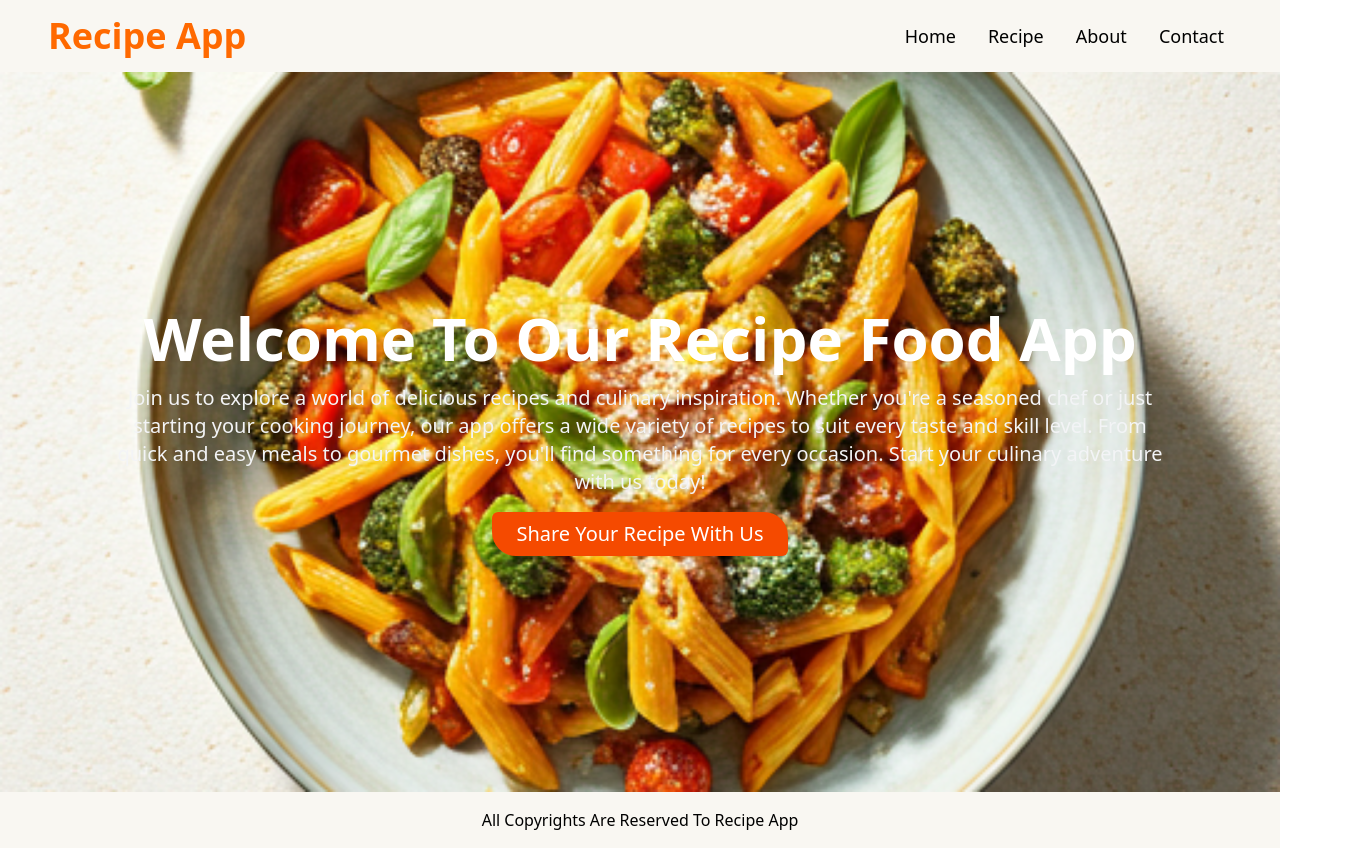
Repository: Eslam0Mohamed/mern-recipe-app
Page: / (app in FrontEnd/)
The author's editor kept a copy of each file at every save. The page is drawn from the files as they stood at one save, then again after a run of saves.
The browser window is 1280 px wide. The page is 1280 px wide, then 1357 px, then 1280 px, so the pictures cover 1357 px, including what lies to the right of the window. The pictures show the whole page.
The project was rebuilt for these pictures with package versions that can differ from the ones it lists, and the page was loaded fresh each time. Also part of the build but not shown: FrontEnd/vite.config.js.

Above is the page before, as saved 2026-05-07 18:54:49.

After the next 5 saves:
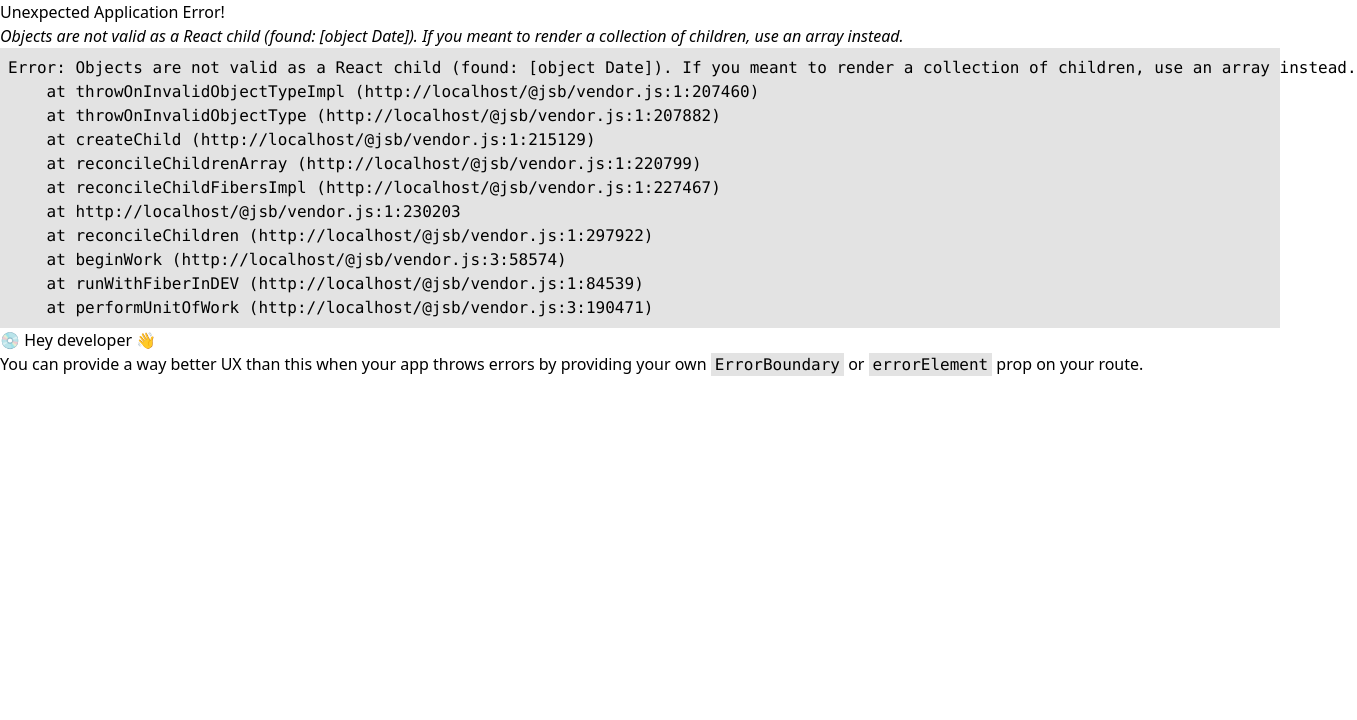
The 5 saves are shown as one change because they came seconds apart.
The last was saved 24 s later.
--- a/FrontEnd/src/components/Footer.jsx
+++ b/FrontEnd/src/components/Footer.jsx
@@ -3,7 +3,7 @@
 const Footer = () => {
   return (
     <footer className='bg-[#F9F7F2] px-12 py-4 flex justify-center items-center'>
-      <div className=''>All Copyrights Are Reserved To Recipe App</div>
+      <div className=''>All Copyrights Are Reserved To Recipe App {new Date()}</div>
     </footer>
   )
 }

After the 2 saves that followed:
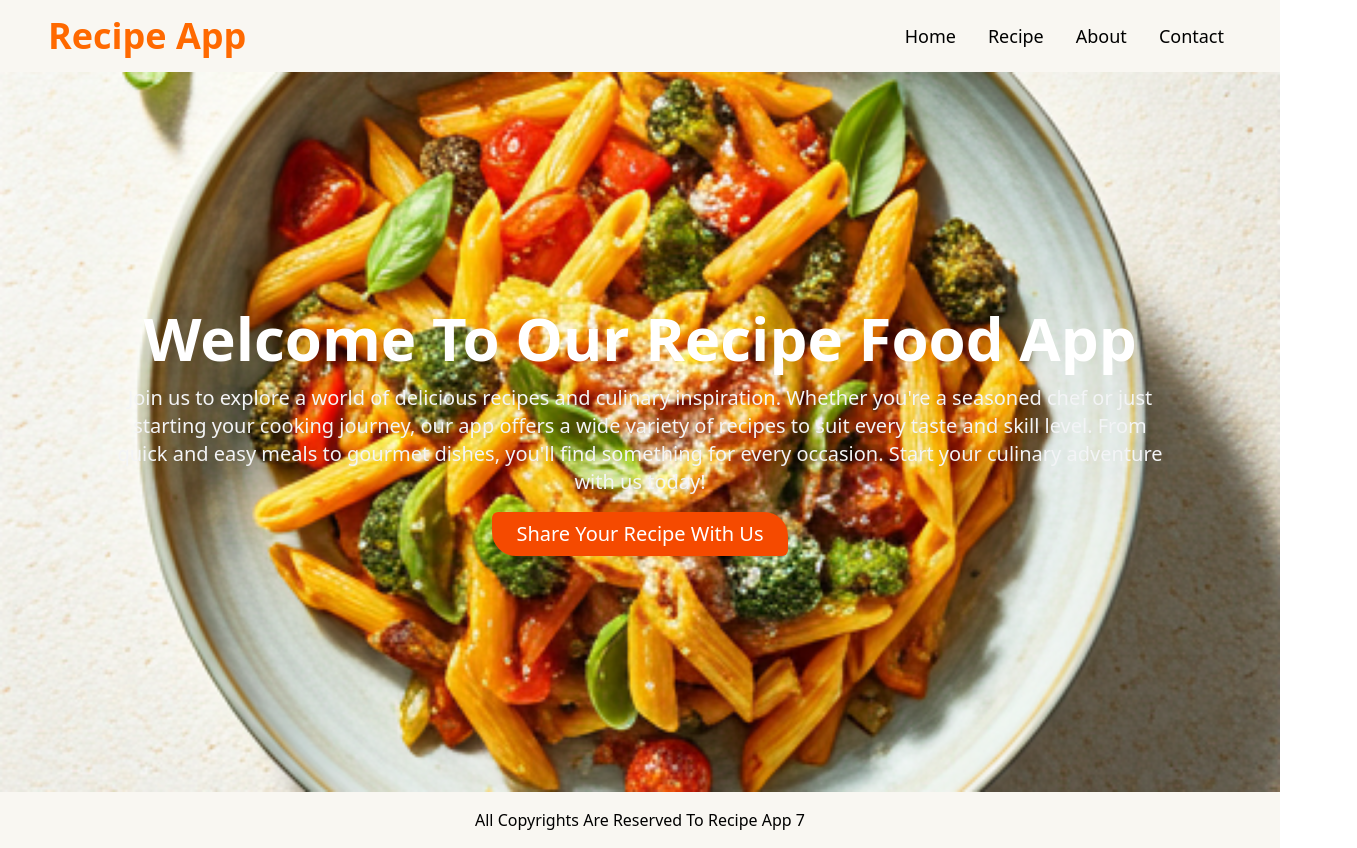
The 2 saves are shown as one change because they came seconds apart.
The last was saved 6 s later.
--- a/FrontEnd/src/components/Footer.jsx
+++ b/FrontEnd/src/components/Footer.jsx
@@ -3,7 +3,7 @@
 const Footer = () => {
   return (
     <footer className='bg-[#F9F7F2] px-12 py-4 flex justify-center items-center'>
-      <div className=''>All Copyrights Are Reserved To Recipe App {new Date()}</div>
+      <div className=''>All Copyrights Are Reserved To Recipe App {new Date().getDate()}</div>
     </footer>
   )
 }
